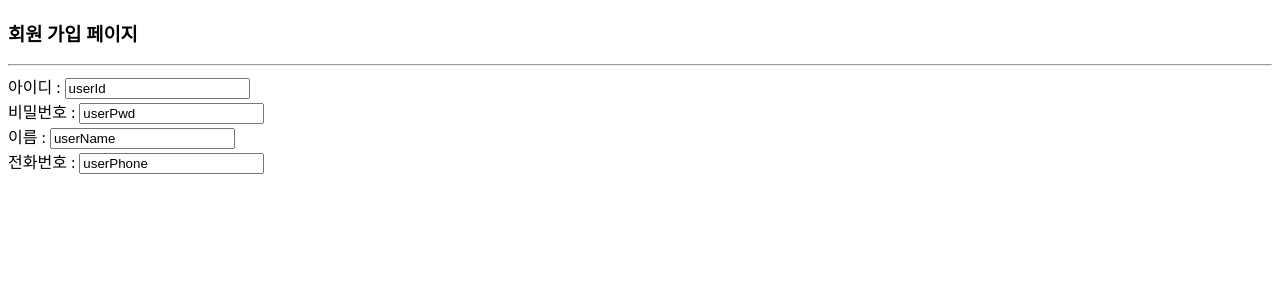
Repository: totesbk/JSP-
Page: http://localhost/web08/ex04_loginForm.jsp
An editor plug-in stored every save of this project. The page is shown before and after the next save, followed by the edit.
The browser window is 1280 px wide. The pictures show the whole page.
The page is served by Tomcat 9.

Above is the page before, as saved 2020-10-12 08:36:18.

### web08/WebContent/ex04_loginForm.jsp
<%@ page language="java" contentType="text/html; charset=UTF-8"
    pageEncoding="UTF-8"%>
<!DOCTYPE html>
<html>
<head>
<meta charset="UTF-8">
<title>Insert title here</title>
</head>
<body>
<h3>회원 가입 페이지</h3>
<hr>
<form action="ex04_signIn.jsp" method="POST">
	<label for="userId">아이디 : </label>
	<input type="text" name="userId" value="userId"><br>
	<label for="userId">비밀번호 : </label>
	<input type="text" name="userId" value="userPwd"><br>
	<label for="userId">이름 : </label>
	<input type="text" name="userId" value="userName"><br>
	<label for="userId">전화번호 : </label>
	<input type="text" name="userId" value="userPhone"><br>

</form>
</body>
</html>

After the next save:
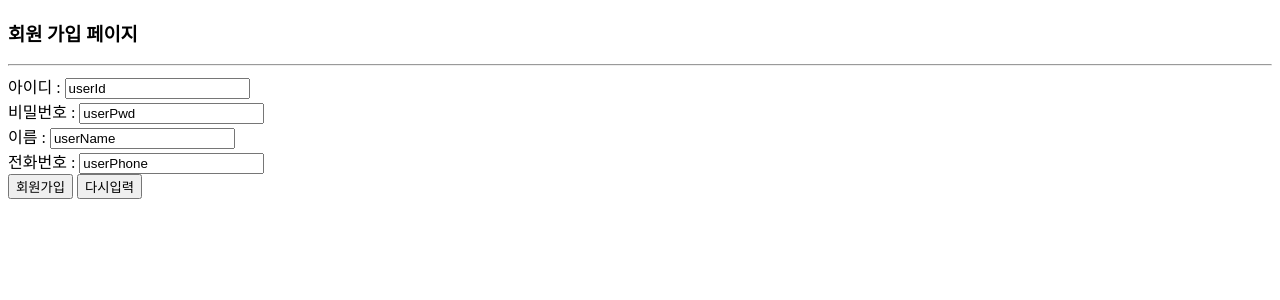
Saved 36 s later.
--- a/web08/WebContent/ex04_loginForm.jsp
+++ b/web08/WebContent/ex04_loginForm.jsp
@@ -18,7 +18,8 @@
 	<input type="text" name="userId" value="userName"><br>
 	<label for="userId">전화번호 : </label>
 	<input type="text" name="userId" value="userPhone"><br>
-
+	<input type="submit" value="회원가입">
+	<input type="reset" value="다시입력">
 </form>
 </body>
 </html>
